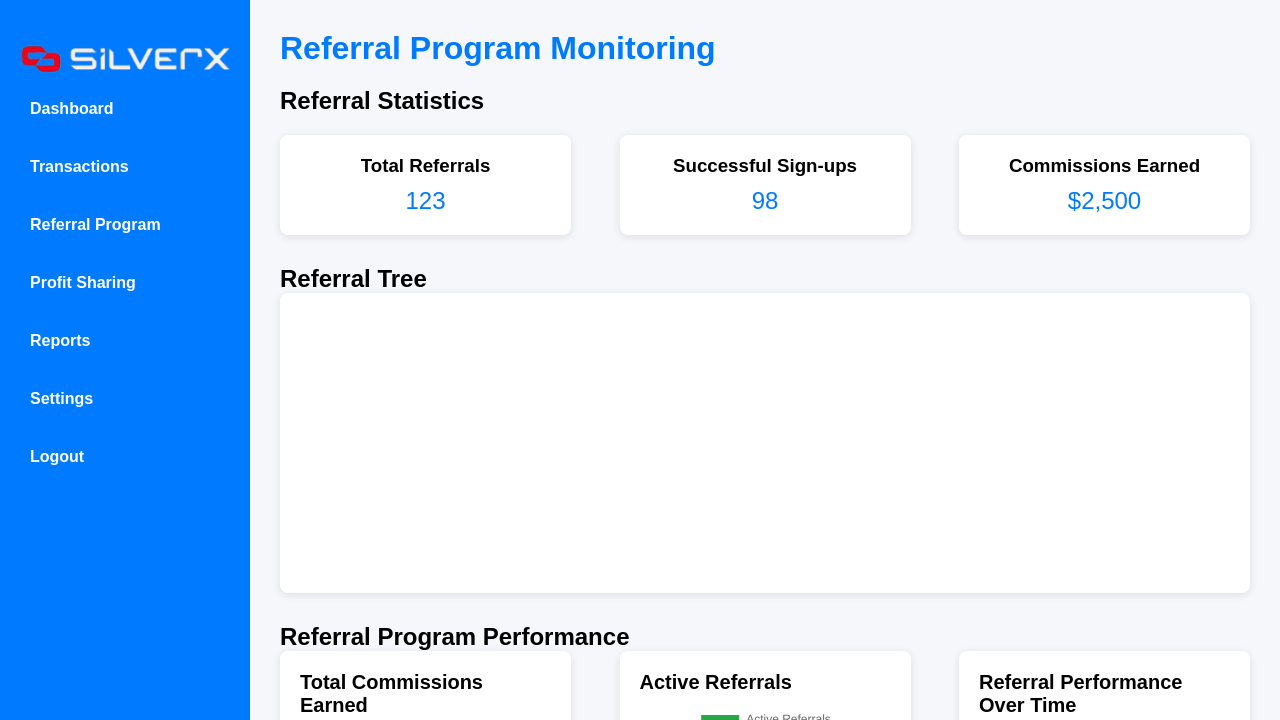
Repository: 2025silverx/slivedrX
Page: indesx3.html
These files come from the project's save history. The page is drawn as it stood at one moment and after the next save; the edit follows.
The browser window is 1280 px wide. The pictures show the whole page.
An inner scrolling area shows only its first screen.

Above is the page before, as saved 2025-01-21 22:33:50.

### indesx3.html
<!DOCTYPE html>
<html lang="en">
<head>
    <meta charset="UTF-8">
    <meta name="viewport" content="width=device-width, initial-scale=1.0">
    <title>Referral Program Monitoring</title>
    <link rel="stylesheet" href="style3.css">
    <!-- Include Chart.js for graphs -->
    <script src="https://cdn.jsdelivr.net/npm/chart.js"></script>
</head>
<body>
    <div id="sidebar-container">
        <div class="sidebar">
            <img src="images/logo.png" alt="Sidebar Logo" class="sidebar-logo">
            <ul class="sidebar-links">
                <li><a href="index.html" class="sidebar-link" data-target="dashboard">Dashboard</a></li>
                <li><a href="index2.html" class="sidebar-link" data-target="transactions">Transactions</a></li>
                <li><a href="indesx3.html" class="sidebar-link" data-target="reports">Referral Program</a></li>
                <li><a href="index4.html" class="sidebar-link" data-target="users">Profit Sharing</a></li>
                <li><a href="index5.html" class="sidebar-link" data-target="reports">Reports</a></li>
                <li><a href="setting.html" class="sidebar-link" data-target="settings">Settings</a></li>
                <li><a href="login.html" class="sidebar-link" data-target="logout">Logout</a></li>
            </ul>
        </div>
    </div>

    <div class="main-content">
        <h1>Referral Program Monitoring</h1>

        <!-- Referral Statistics Section -->
        <section class="referral-statistics">
            <h2>Referral Statistics</h2>
            <div class="statistics">
                <div class="stat-box">
                    <h3>Total Referrals</h3>
                    <p>123</p>
                </div>
                <div class="stat-box">
                    <h3>Successful Sign-ups</h3>
                    <p>98</p>
                </div>
                <div class="stat-box">
                    <h3>Commissions Earned</h3>
                    <p>$2,500</p>
                </div>
            </div>
        </section>

        <!-- Referral Tree/Network Graph -->
        <section class="referral-tree">
            <h2>Referral Tree</h2>
            <div id="networkGraph" class="network-graph">
                <!-- A simple visualization can be added with a plugin like d3.js or cytoscape.js -->
                <!-- <p>Referral Tree/Network Graph (Visualization not implemented here)</p> -->







            </div>
        </section>

        <!-- Referral Performance Graphs -->
        <section class="graphs">
            <h2>Referral Program Performance</h2>
            <div class="graph-container">
                <div class="graph-box">
                    <h3>Total Commissions Earned</h3>
                    <canvas id="commissionsChart"></canvas>
                </div>
                <div class="graph-box">
                    <h3>Active Referrals</h3>
                    <canvas id="referralsChart"></canvas>
                </div>
                <div class="graph-box">
                    <h3>Referral Performance Over Time</h3>
                    <canvas id="performanceChart"></canvas>
                </div>
            </div>
        </section>
    </div>

    <script src="script3.js"></script>
</body>
</html>

### style3.css
/* Reset some default styles */
* {
    margin: 0;
    padding: 0;
    box-sizing: border-box;
}



/* Body and container styles */
body {
    font-family: Arial, sans-serif;
    display: flex;
    height: 100vh;
    background-color: #f5f7fa;
}

/* Sidebar styles */
.sidebar {
    width: 250px;
    background-color: #007bff;
    color: white;
    padding: 20px;
    display: flex;
    flex-direction: column;
    position: sticky;
    top: 0;
    height: 100vh;
    /* Remove any margin or padding at the side */
    margin-right: 0;
}

/* Sidebar heading */
.sidebar h2 {
    margin-bottom: 20px;
    text-align: center;
}

/* Sidebar links */
.sidebar-links {
    list-style: none;
}

.sidebar-links li {
    margin-bottom: 20px; /* Increased margin for better spacing */
}

.sidebar-links a {
    text-decoration: none;
    color: white;
    font-weight: bold;
    display: block;
    padding: 10px;
    font-size: 16px;
    transition: color 0.3s ease;
}

.sidebar-links a:hover {
    color: #f0f0f0; /* Light gray on hover */
}

.sidebar-links a:active {
    color: #ff6347; /* Red color on click */
}

/* Main content area */
.main-content {
    flex: 1;
    padding: 30px;
    overflow-y: auto;
}

h1 {
    color: #007bff;
    margin-bottom: 20px;
}

/* Referral statistics styles */
.referral-statistics {
    margin-bottom: 30px;
}

.referral-statistics h2 {
    margin-bottom: 20px;
    font-size: 24px;
}

.statistics {
    display: flex;
    justify-content: space-between;
}

.stat-box {
    background-color: #ffffff;
    padding: 20px;
    width: 30%;
    border-radius: 8px;
    box-shadow: 0 2px 8px rgba(0, 0, 0, 0.1);
    text-align: center;
}

.stat-box h3 {
    margin-bottom: 10px;
}

.stat-box p {
    font-size: 24px;
    color: #007bff;
}

/* Referral tree/network graph styles */
.referral-tree {
    margin-bottom: 30px;
}

.network-graph {
    background-color: #ffffff;
    padding: 20px;
    border-radius: 8px;
    box-shadow: 0 2px 8px rgba(0, 0, 0, 0.1);
    height: 300px;
    display: flex;
    justify-content: center;
    align-items: center;
}

.network-graph p {
    font-size: 18px;
    color: #007bff;
}

/* Graph containers */
.graphs {
    margin-top: 30px;
}

.graph-container {
    display: flex;
    justify-content: space-between;
    gap: 30px;
}

.graph-box {
    background-color: #ffffff;
    padding: 20px;
    width: 30%;
    border-radius: 8px;
    box-shadow: 0 2px 8px rgba(0, 0, 0, 0.1);
}

.graph-box h3 {
    margin-bottom: 10px;
    font-size: 20px;
}

canvas {
    width: 100%;
    height: 200px;
}

/* Responsive styles */
@media (max-width: 768px) {
    .sidebar {
        width: 200px;
    }

    .main-content {
        padding: 20px;
    }

    .graph-container {
        flex-direction: column;
        gap: 20px;
    }

    .graph-box {
        width: 100%;
    }

    .tree {
        display: flex;
        justify-content: center;
        align-items: center;
        flex-direction: column;
        margin: 50px 0;
    }

    .tree ul {
        position: relative;
        padding: 1em 0;
        white-space: nowrap;
        margin: 0 auto;
        display: flex;
        justify-content: center;
    }

    .tree ul::after {
        content: '';
        display: table;
        clear: both;
    }

    .tree li {
        display: table-cell;
        text-align: center;
        vertical-align: top;
        list-style-type: none;
        position: relative;
        padding: 1em 0.5em 0 0.5em;
    }

    .tree li::before, .tree li::after {
        content: '';
        position: absolute;
        top: 0;
        right: 50%;
        border-top: 2px solid #ccc;
        width: 50%;
        height: 20px;
    }

    .tree li::after {
        right: auto;
        left: 50%;
        border-left: 2px solid #ccc;
    }

    .tree li:only-child::after, .tree li:only-child::before {
        display: none;
    }

    .tree li:only-child {
        padding-top: 0;
    }

    .tree li:first-child::before, .tree li:last-child::after {
        border: 0 none;
    }

    .tree li:last-child::before {
        border-right: 2px solid #ccc;
    }

    .tree li:first-child::after {
        border-left: 2px solid #ccc;
    }

    .tree ul ul::before {
        content: '';
        position: absolute;
        top: 0;
        left: 50%;
        border-left: 2px solid #ccc;
        width: 0;
        height: 20px;
    }

    .tree li a {
        border: 2px solid #ccc;
        padding: 0.5em 0.75em;
        text-decoration: none;
        color: #333;
        background-color: white;
        display: inline-block;
        border-radius: 5px;
        transition: all 0.3s ease;
    }

    .tree li a:hover {
        background-color: #e9e9e9;
        border-color: #a0a0a0;
    }
}

### script3.js
// Data for the graphs
const commissionsData = {
    labels: ['January', 'February', 'March', 'April', 'May'],
    datasets: [{
        label: 'Commissions Earned',
        data: [1000, 1500, 2000, 2500, 3000],
        backgroundColor: 'rgba(0, 123, 255, 0.5)',
        borderColor: 'rgba(0, 123, 255, 1)',
        borderWidth: 1
    }]
};

const referralsData = {
    labels: ['Active Referrals', 'Inactive Referrals'],
    datasets: [{
        data: [70, 30],
        backgroundColor: ['#28a745', '#ffc107'],
        hoverBackgroundColor: ['#218838', '#e0a800']
    }]
};

const performanceData = {
    labels: ['Week 1', 'Week 2', 'Week 3', 'Week 4', 'Week 5'],
    datasets: [{
        label: 'Referral Performance',
        data: [10, 20, 30, 40, 50],
        backgroundColor: 'rgba(40, 167, 69, 0.5)',
        borderColor: 'rgba(40, 167, 69, 1)',
        borderWidth: 1
    }]
};

// Initialize the charts
window.onload = function() {
    const commissionsChart = new Chart(document.getElementById('commissionsChart'), {
        type: 'bar',
        data: commissionsData,
        options: {
            responsive: true,
            scales: {
                y: { beginAtZero: true }
            }
        }
    });

    const referralsChart = new Chart(document.getElementById('referralsChart'), {
        type: 'pie',
        data: referralsData,
        options: {
            responsive: true
        }
    });

    const performanceChart = new Chart(document.getElementById('performanceChart'), {
        type: 'line',
        data: performanceData,
        options: {
            responsive: true,
            scales: {
                y: { beginAtZero: true }
            }
        }
    });
};

After the next save:
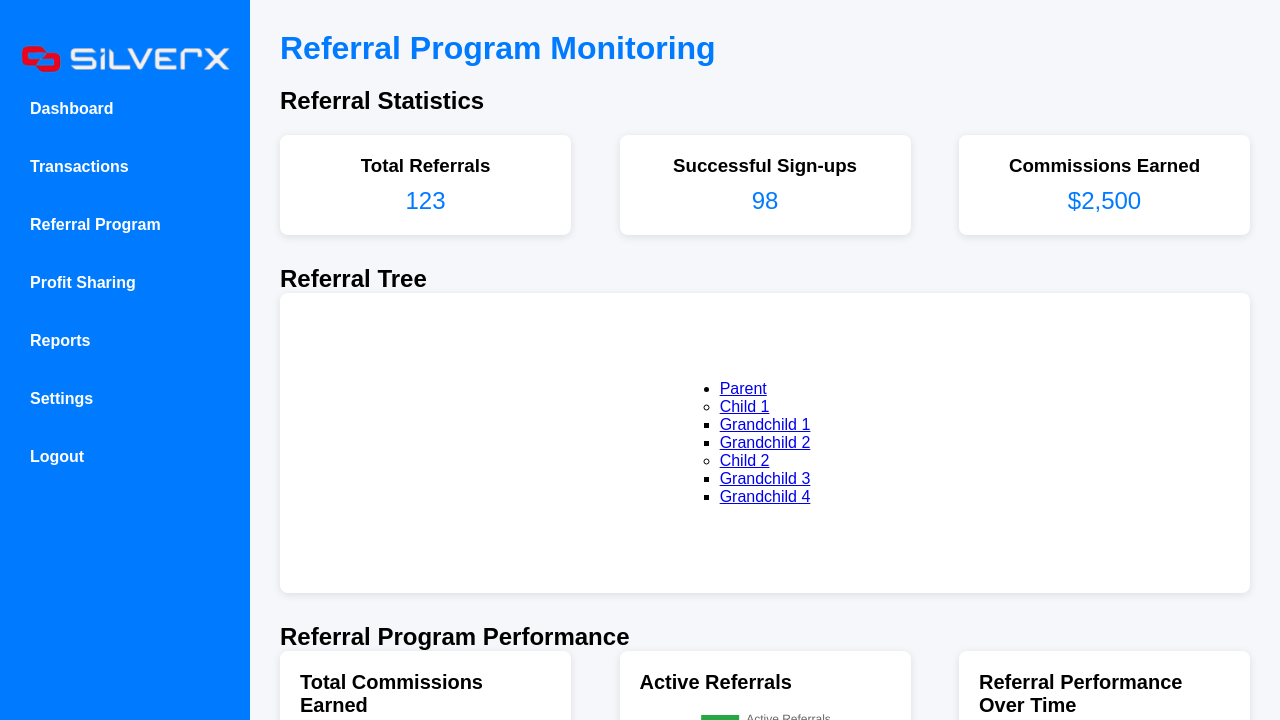
Saved 55 s later.
--- a/indesx3.html
+++ b/indesx3.html
@@ -55,7 +55,29 @@
 
 
 
-
+                <div class="tree">
+                    <ul>
+                        <li>
+                            <a href="#">Parent</a>
+                            <ul>
+                                <li>
+                                    <a href="#">Child 1</a>
+                                    <ul>
+                                        <li><a href="#">Grandchild 1</a></li>
+                                        <li><a href="#">Grandchild 2</a></li>
+                                    </ul>
+                                </li>
+                                <li>
+                                    <a href="#">Child 2</a>
+                                    <ul>
+                                        <li><a href="#">Grandchild 3</a></li>
+                                        <li><a href="#">Grandchild 4</a></li>
+                                    </ul>
+                                </li>
+                            </ul>
+                        </li>
+                    </ul>
+                </div>
 
 
 

After the save that followed:
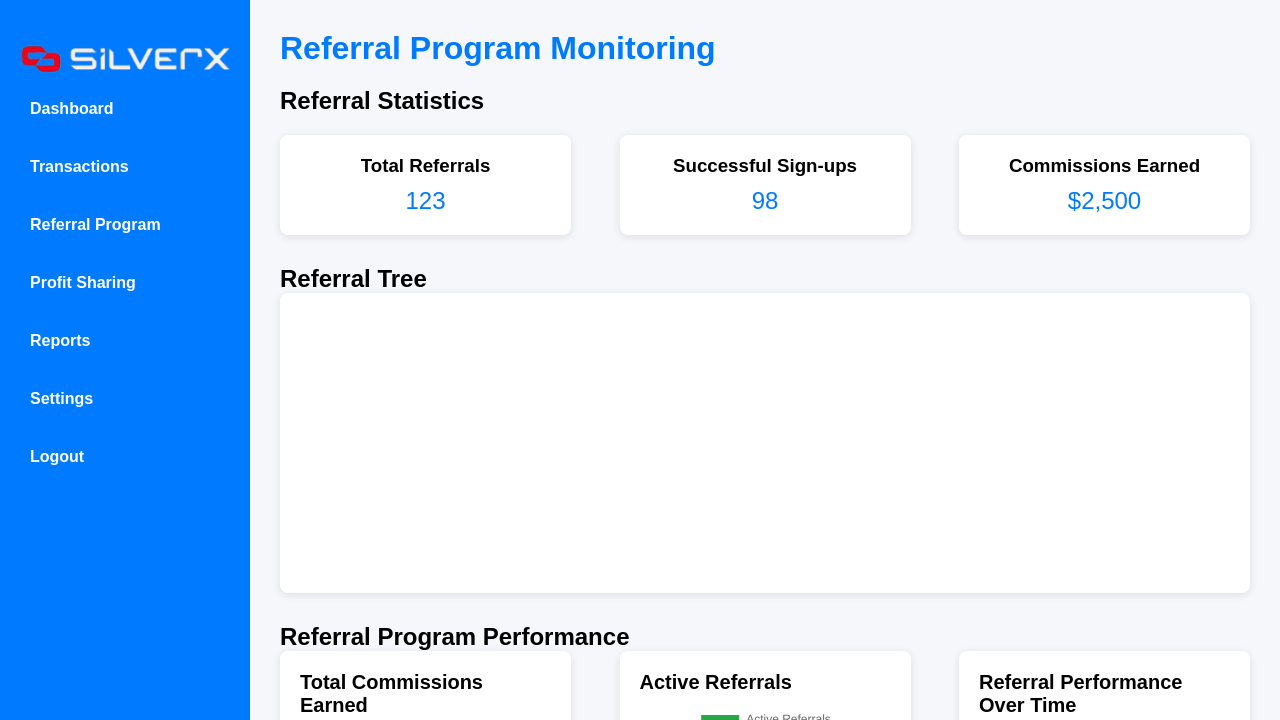
Saved 41 s later.
--- a/indesx3.html
+++ b/indesx3.html
@@ -55,29 +55,7 @@
 
 
 
-                <div class="tree">
-                    <ul>
-                        <li>
-                            <a href="#">Parent</a>
-                            <ul>
-                                <li>
-                                    <a href="#">Child 1</a>
-                                    <ul>
-                                        <li><a href="#">Grandchild 1</a></li>
-                                        <li><a href="#">Grandchild 2</a></li>
-                                    </ul>
-                                </li>
-                                <li>
-                                    <a href="#">Child 2</a>
-                                    <ul>
-                                        <li><a href="#">Grandchild 3</a></li>
-                                        <li><a href="#">Grandchild 4</a></li>
-                                    </ul>
-                                </li>
-                            </ul>
-                        </li>
-                    </ul>
-                </div>
+
 
 
 
